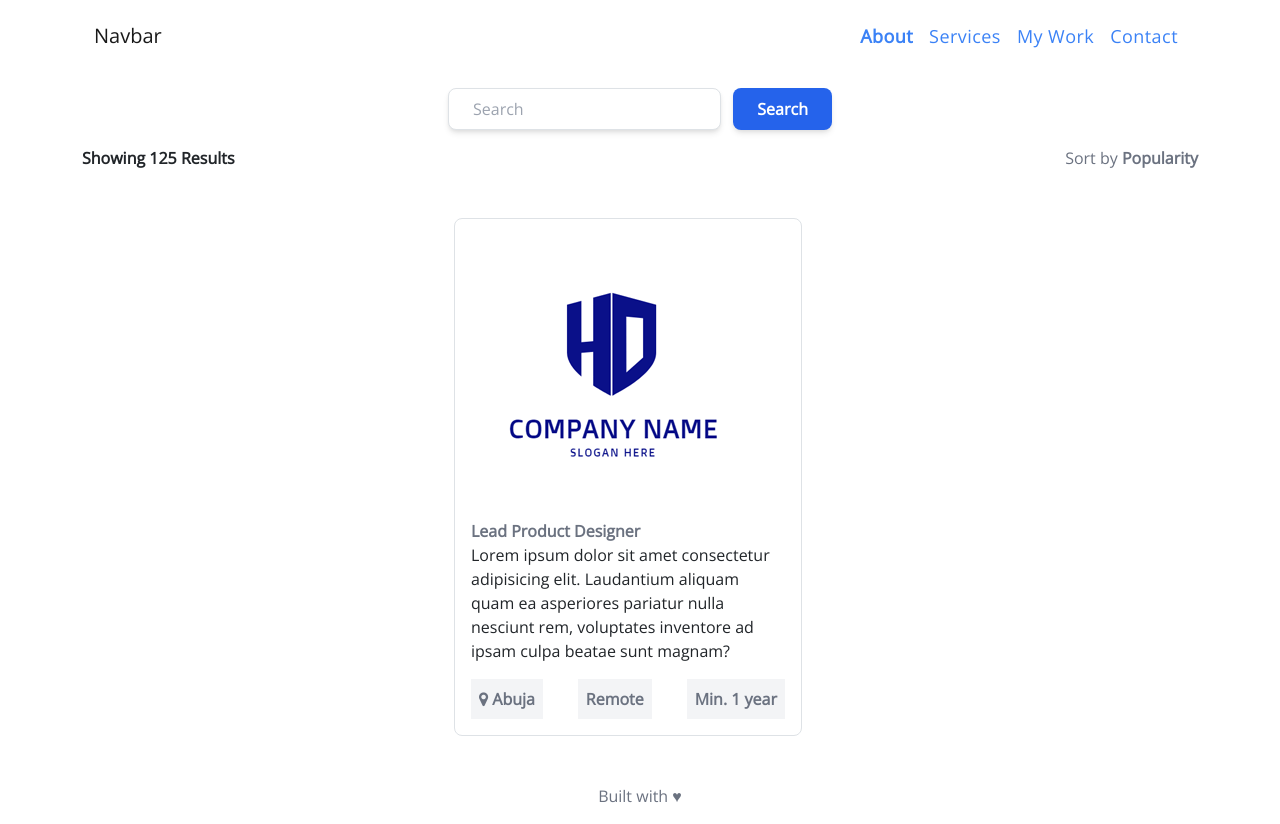
Repository: latenightsnacc/giggles
Page: HTML/search.html
These files come from the project's save history. The page is drawn as it stood at one moment and after the next save; the edit follows.
The browser window is 1280 px wide. The pictures show the whole page.
Some web libraries are served in a nearby version.

Above is the page before, as saved 2021-01-04 12:05:10.

### HTML/search.html
<!DOCTYPE html>
<html lang="en">
<head>
    <meta charset="UTF-8">
    <meta name="viewport" content="width=device-width, initial-scale=1.0">
    <link href="https://cdnjs.cloudflare.com/ajax/libs/tailwindcss/2.0.2/tailwind.min.css" rel="stylesheet">
    <link rel="stylesheet" href="https://stackpath.bootstrapcdn.com/font-awesome/4.7.0/css/font-awesome.min.css" />
    <link href="https://cdn.jsdelivr.net/npm/bootstrap@5.0.0-beta1/dist/css/bootstrap.min.css" rel="stylesheet" integrity="sha384-giJF6kkoqNQ00vy+HMDP7azOuL0xtbfIcaT9wjKHr8RbDVddVHyTfAAsrekwKmP1" crossorigin="anonymous">
    <link rel="stylesheet" href="stylesheet.css">
    <title>Search Page</title>
</head>
<body class="overflow-x-hidden">
    <!--Navigation-->
    <header class="container">
        <nav class="navbar navbar-expand-lg navbar-light bg-white py-3">
            <div class="container-fluid">
                <a class="navbar-brand" href="search.html">Navbar</a>
                <button class="navbar-toggler" type="button" data-bs-toggle="collapse" data-bs-target="#navbarNavDropdown" aria-controls="navbarNavDropdown" aria-expanded="false" aria-label="Toggle navigation">
                    <span class="navbar-toggler-icon"></span>
                </button>
                <div class="collapse navbar-collapse" id="navbarNavDropdown">
                    <ul class="navbar-nav ml-auto">
                    <li class="nav-item">
                        <a class="nav-link text-lg hover:underline hover:font-bold tracking-wide leading-5 active" aria-current="page" href="#">About</a>
                    </li>
                    <li class="nav-item">
                        <a class="nav-link text-lg hover:underline hover:font-bold tracking-wide leading-5" href="#">Services</a>
                    </li>
                    <li class="nav-item">
                        <a class="nav-link text-lg hover:underline hover:font-bold tracking-wide leading-5" href="#">My Work</a>
                    </li>
                    <li class="nav-item">
                        <a class="nav-link text-lg hover:underline hover:font-bold tracking-wide leading-5" href="#">Contact</a>
                    </li>
                    </ul>
                </div>
            </div>
        </nav>
    </header>
    <main>
        <!-- search form-->
        <div class="container">
            <form class="flex w-full max-w-sm mx-auto space-x-3 my-3">
                <input class="flex-1 appearance-none border border-transparent w-full py-2 px-4 bg-white text-gray-700 placeholder-gray-400 shadow-md rounded-lg text-base focus:outline-none focus:ring-2 focus:ring-blue-600 focus:border-transparent" type="search" placeholder="Search">
                <button class="flex-shrink-0 bg-blue-600 text-white text-base font-semibold py-2 px-4 rounded-lg shadow-md hover:bg-blue-700 focus:outline-none focus:ring-2 focus:ring-blue-500 focus:ring-offset-2 focus:ring-offset-blue-200" type="submit">
                  Search
                </button>
            </form>
        </div>

        <div class="container">
            <div class="flex flex-row w-100 justify-between">
                <div class="font-bold">Showing 125 Results</div>
                <div class="text-gray-500">Sort by <span class="font-semibold">Popularity</span> </div>
            </div>
        </div>

        <div class="container my-5">
            <div class="row flex justify-center items-center w-100">
                <div class="col-xs-12 col-sm-12 col-md-4 col-lg-4">
                    <div class="max-w-sm hover:shadow-2xl border mx-auto p-3 rounded-lg">
                        <a href="#">
                            <img src="assets/logo.png" alt="company-logo">
                        </a>
                        <div class="text-gray-500 font-bold">Lead Product Designer</div>
                        <p>Lorem ipsum dolor sit amet consectetur adipisicing elit. Laudantium aliquam quam ea asperiores pariatur nulla nesciunt rem, voluptates inventore ad ipsam culpa beatae sunt magnam?</p>
                        <div class="flex flex-row justify-between">
                            <span class="bg-gray-100 text-gray-500 p-2 font-semibold"><i class="fa fa-map-marker"></i> Abuja</span>
                            <span class="bg-gray-100 text-gray-500 p-2 font-semibold">Remote</span>
                            <span class="bg-gray-100 text-gray-500 p-2 font-semibold">Min. 1 year</span>
                        </div>
                    </div>
                </div>
            </div>
        </div>
    </main>
    <footer class="text-center text-l text-blue-500 font-semibold">

        <p class="text-gray-500">Built with &hearts;</p>

    <script src="https://cdn.jsdelivr.net/npm/bootstrap@5.0.0-beta1/dist/js/bootstrap.bundle.min.js" integrity="sha384-ygbV9kiqUc6oa4msXn9868pTtWMgiQaeYH7/t7LECLbyPA2x65Kgf80OJFdroafW" crossorigin="anonymous"></script>

</body>
</html>

### HTML/stylesheet.css
@import url('https://fonts.googleapis.com/css2?family=Montserrat:wght@400;700&family=Open+Sans:wght@300;400&display=swap');

h1, h2, h3, h4, h5, h6 {
    font-family: 'Montserrat', sans-serif;
}
.user-info h1 {
    line-height: 60px;
    font-size: 50px;
    font-weight: 700;
    margin-top: 20px;
}
.user-info h2 {
    line-height: 27px;
    font-size: 18px;
    font-weight: 400;
    margin-top: 15px;
}
.user-info span {
    line-height: 36px;
    font-size: 30px;
    font-weight: 600;
}
.user-info p {
    margin: 5px 0;
}
.user-info button {
    margin-top: 10px;
}
p, div, a, button {
    font-family: 'Open Sans', sans-serif;
    font-weight: 300;
}

.work-experience .row:hover .text {
    border:2px solid  #3b82f6;

}
.work-experience .row:hover .flex .no {
    border:1px solid #3b82f6;

}
.nav-link {
    color: #3b82f6 !important;
}
.nav-item .active{
    font-weight: 600;
}

After the next save:
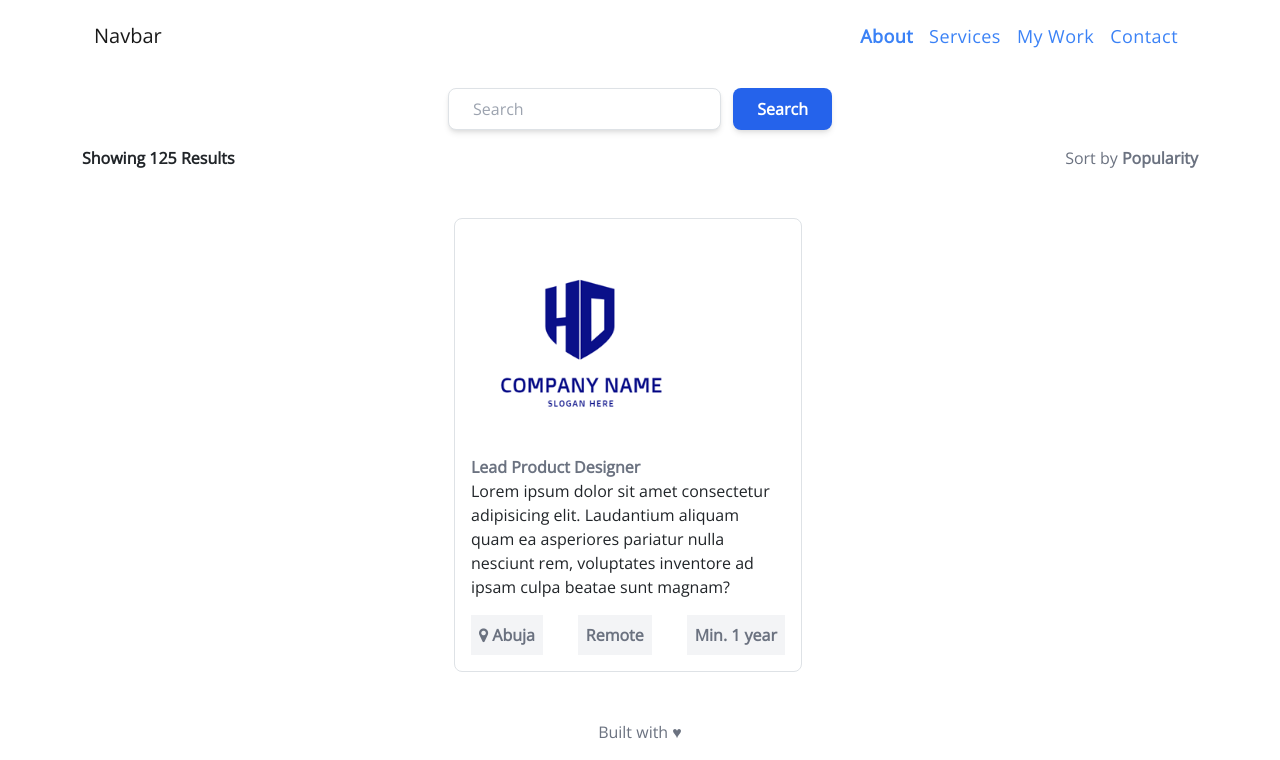
Saved 21 s later.
--- a/HTML/search.html
+++ b/HTML/search.html
@@ -60,7 +60,7 @@
                 <div class="col-xs-12 col-sm-12 col-md-4 col-lg-4">
                     <div class="max-w-sm hover:shadow-2xl border mx-auto p-3 rounded-lg">
                         <a href="#">
-                            <img src="assets/logo.png" alt="company-logo">
+                            <img src="assets/logo.png" alt="company-logo" style="max-width: 70%;">
                         </a>
                         <div class="text-gray-500 font-bold">Lead Product Designer</div>
                         <p>Lorem ipsum dolor sit amet consectetur adipisicing elit. Laudantium aliquam quam ea asperiores pariatur nulla nesciunt rem, voluptates inventore ad ipsam culpa beatae sunt magnam?</p>
